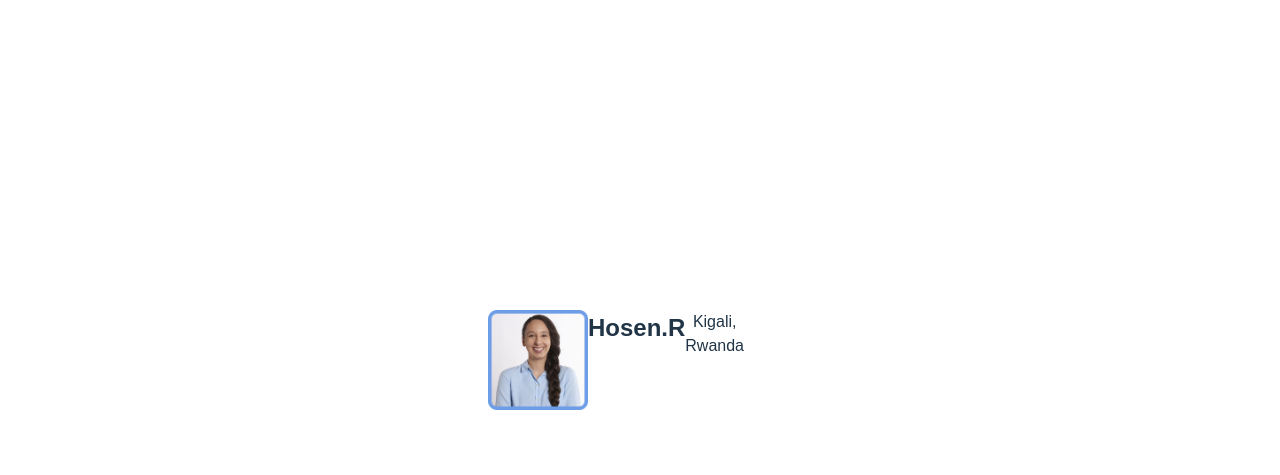
Repository: Auda-frontend/Kenshikeza
Page: /
These files come from the project's save history. The page is drawn as it stood at one moment and after the next save; the edit follows.
The browser window is 1280 px wide. The pictures show the whole page.
The project was rebuilt for these pictures with package versions that can differ from the ones it lists, and the page was loaded fresh each time. Also part of the build but not shown: vite.config.js.

Above is the page before, as saved 2024-01-24 22:39:45.

### src/App.jsx
import './App.css'
import SideBar from './Components/SideBar'

function App() {
  return (
    <div>
      <SideBar />
    </div>
  )
}

export default App

### src/Components/SideBar.jsx
import React from "react";
import Profile from "../assets/Rectangle 79.png";
import './SideBar.css';

function SideBar() {
  return (
    <div className="container">
    <div className="leftSide">
      <img src={Profile} alt="Profile photo" className="profilePhoto" />
      <h2 className="names">Hosen.R</h2>
      <p>Kigali, Rwanda</p>
    </div>
    </div>
  );
}

export default SideBar;

### src/Components/SideBar.css
*{
    margin: 0;
    padding: 0;
    box-sizing: border-box;
    font-family: sans-serif;
}
.leftSide{
    display: flex;
    max-width: 25%;
    max-height: 100%;
    padding: 10px;
}
.leftSide .profilePhoto{
    float: left;
    width: 100px;
    height: 100px;
}

Loaded but not shown: index.html (common file); src/main.jsx (common file); src/index.css (common file); src/App.css (common file)

After the next save:
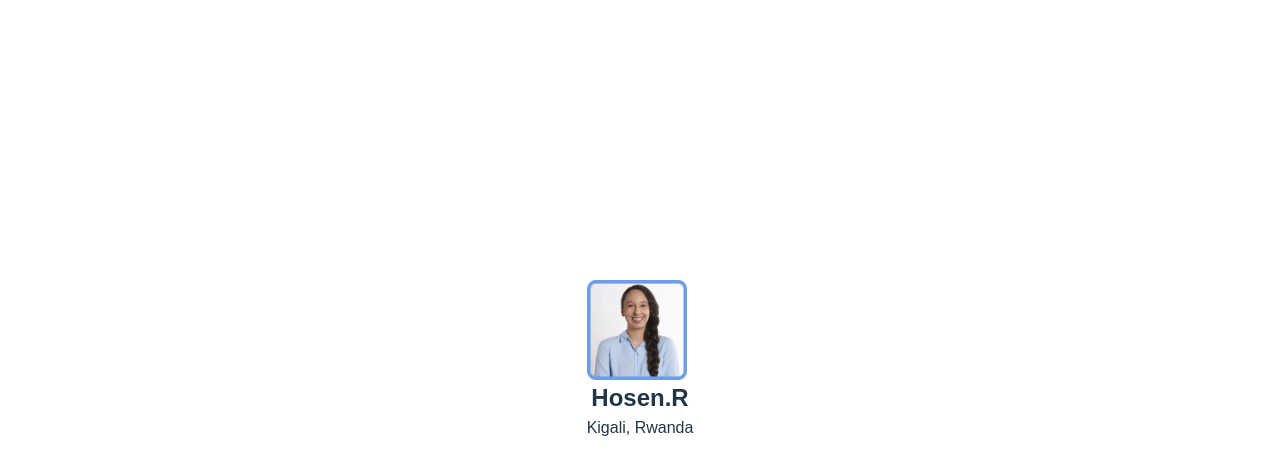
Saved 13 s later.
--- a/src/Components/SideBar.css
+++ b/src/Components/SideBar.css
@@ -4,6 +4,7 @@
     box-sizing: border-box;
     font-family: sans-serif;
 }
+.
 .leftSide{
     display: flex;
     max-width: 25%;

After the 4 saves that followed:
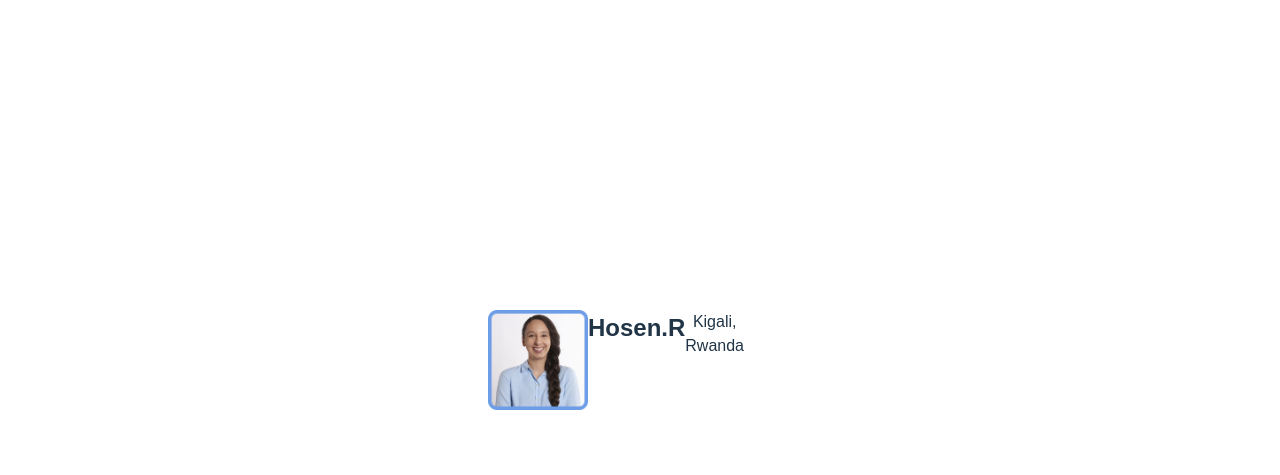
The 4 saves are shown as one change because they came seconds apart.
The last was saved 11 s later.
--- a/src/Components/SideBar.css
+++ b/src/Components/SideBar.css
@@ -4,7 +4,9 @@
     box-sizing: border-box;
     font-family: sans-serif;
 }
-.
+.container{
+    padding: 0;
+}
 .leftSide{
     display: flex;
     max-width: 25%;
